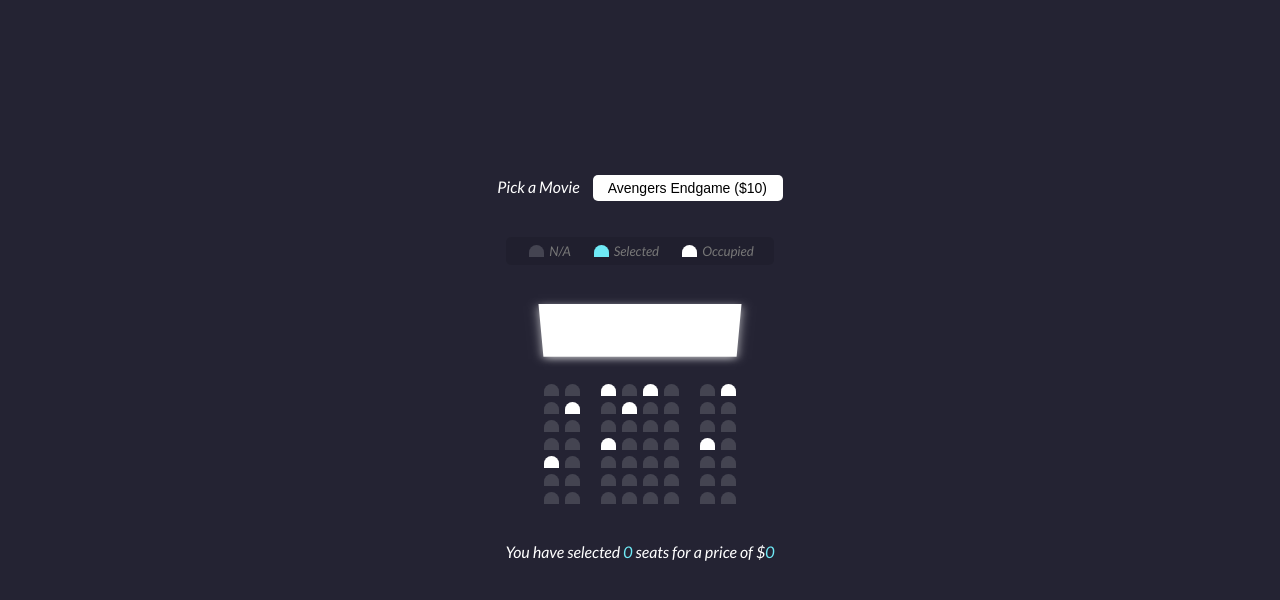
Repository: Izaya171/programming
Page: movieTickets/index.html
An editor plug-in stored every save of this project. The page is shown before and after the next save, followed by the edit.
The browser window is 1280 px wide. The pictures show the whole page.

Above is the page before, as saved 2021-09-18 18:33:03.
Console error: ReferenceError: documen is not defined

After the next save:
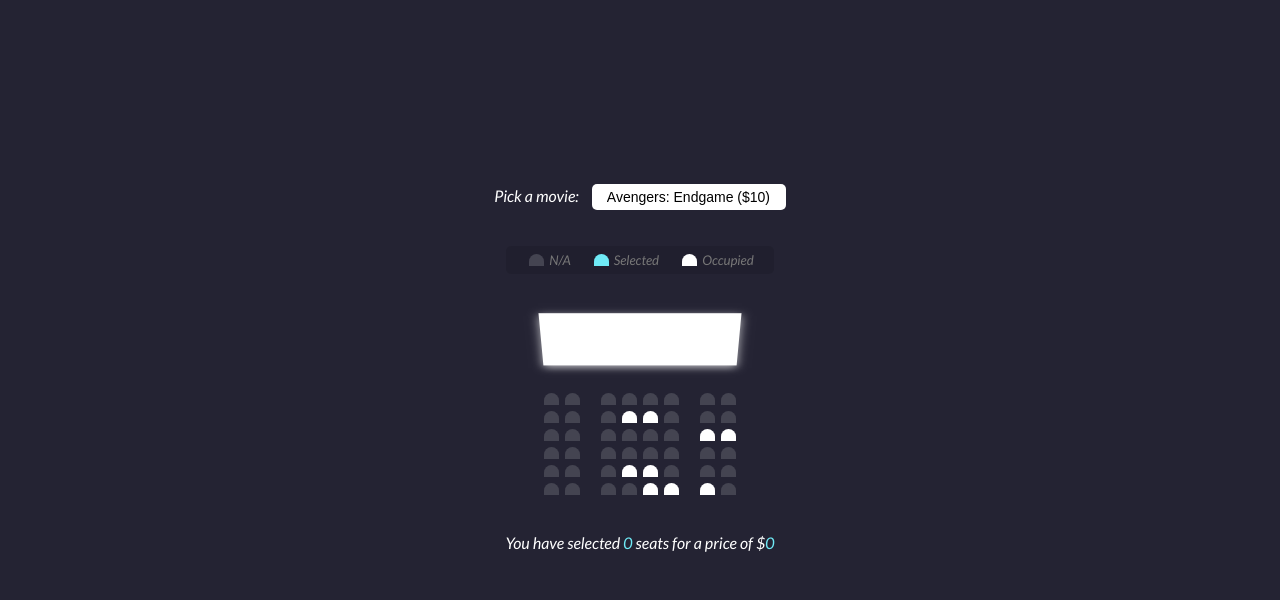
Saved 55 s later.
--- a/movieTickets/index.html
+++ b/movieTickets/index.html
@@ -2,22 +2,22 @@
 <html lang="en">
 
 <head>
-    <meta charset="UTF-8">
-    <meta http-equiv="X-UA-Compatible" content="IE=edge">
-    <meta name="viewport" content="width=device-width, initial-scale=1.0">
-    <link rel="stylesheet" href="styles.css">
+    <meta charset="UTF-8" />
+    <meta name="viewport" content="width=device-width, initial-scale=1.0" />
+    <meta http-equiv="X-UA-Compatible" content="ie=edge" />
+    <link rel="stylesheet" href="styles.css" />
     <title>Movie Seat Booking</title>
 </head>
 
 <body>
     <div class="movie-container">
-        <label>Pick a Movie</label>
+        <label>Pick a movie:</label>
         <select id="movie">
-            <option value="10">Avengers Endgame ($10)</option>
-            <option value="12">Joker ($12)</option>
-            <option value="8">Toy Story 4 ($8)</option>
-            <option value="9">Lion King ($9)</option>
-        </select>
+        <option value="10">Avengers: Endgame ($10)</option>
+        <option value="12">Joker ($12)</option>
+        <option value="8">Toy Story 4 ($8)</option>
+        <option value="9">The Lion King ($9)</option>
+      </select>
     </div>
 
     <ul class="showcase">
@@ -41,19 +41,19 @@
         <div class="row">
             <div class="seat"></div>
             <div class="seat"></div>
-            <div class="seat occupied"></div>
             <div class="seat"></div>
-            <div class="seat occupied"></div>
+            <div class="seat"></div>
+            <div class="seat"></div>
+            <div class="seat"></div>
+            <div class="seat"></div>
+            <div class="seat"></div>
+        </div>
+        <div class="row">
+            <div class="seat"></div>
             <div class="seat"></div>
             <div class="seat"></div>
             <div class="seat occupied"></div>
-        </div>
-        <div class="row">
-            <div class="seat"></div>
             <div class="seat occupied"></div>
-            <div class="seat"></div>
-            <div class="seat occupied"></div>
-            <div class="seat"></div>
             <div class="seat"></div>
             <div class="seat"></div>
             <div class="seat"></div>
@@ -65,28 +65,8 @@
             <div class="seat"></div>
             <div class="seat"></div>
             <div class="seat"></div>
-            <div class="seat"></div>
-            <div class="seat"></div>
-        </div>
-        <div class="row">
-            <div class="seat"></div>
-            <div class="seat"></div>
             <div class="seat occupied"></div>
-            <div class="seat"></div>
-            <div class="seat"></div>
-            <div class="seat"></div>
             <div class="seat occupied"></div>
-            <div class="seat"></div>
-        </div>
-        <div class="row">
-            <div class="seat occupied"></div>
-            <div class="seat"></div>
-            <div class="seat"></div>
-            <div class="seat"></div>
-            <div class="seat"></div>
-            <div class="seat"></div>
-            <div class="seat"></div>
-            <div class="seat"></div>
         </div>
         <div class="row">
             <div class="seat"></div>
@@ -102,18 +82,29 @@
             <div class="seat"></div>
             <div class="seat"></div>
             <div class="seat"></div>
+            <div class="seat occupied"></div>
+            <div class="seat occupied"></div>
+            <div class="seat"></div>
+            <div class="seat"></div>
+            <div class="seat"></div>
+        </div>
+        <div class="row">
             <div class="seat"></div>
             <div class="seat"></div>
             <div class="seat"></div>
             <div class="seat"></div>
+            <div class="seat occupied"></div>
+            <div class="seat occupied"></div>
+            <div class="seat occupied"></div>
             <div class="seat"></div>
         </div>
     </div>
 
-    <p class="text">You have selected <span id="count">0</span> seats for a price of $<span id="total">0</span></span>
+    <p class="text">
+        You have selected <span id="count">0</span> seats for a price of $<span id="total">0</span
+      >
     </p>
 
     <script src="script.js"></script>
-</body>
-
+  </body>
 </html>
